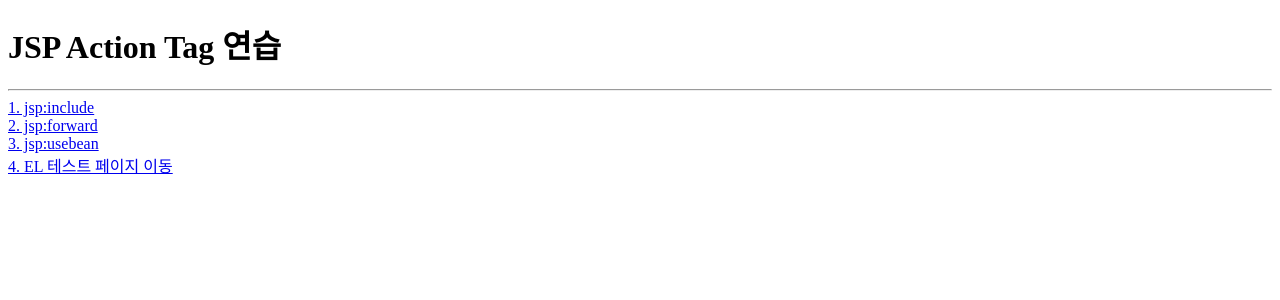
Repository: ajtwls1256/Web-workspace
Page: Day55-jspTag/WebContent/index.html
An editor plug-in stored every save of this project. The page is shown before and after the next save, followed by the edit.
The browser window is 1280 px wide. The pictures show the whole page.

Above is the page before, as saved 2019-10-14 03:00:42.

After the next save:
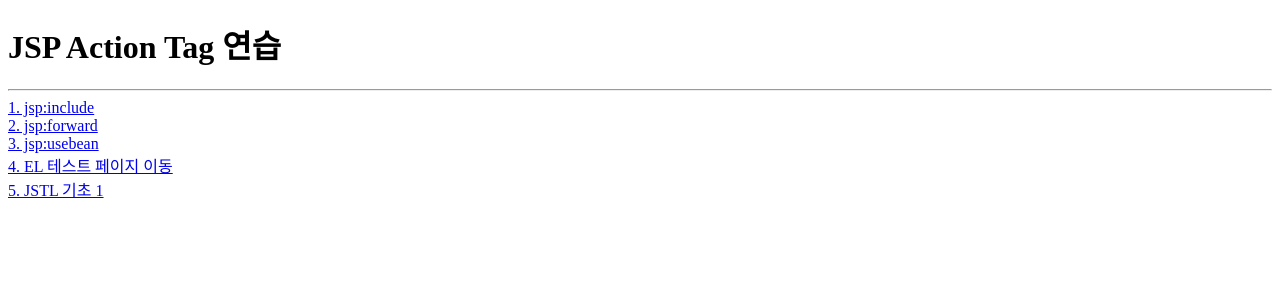
Saved 93 min 49 s later.
--- a/Day55-jspTag/WebContent/index.html
+++ b/Day55-jspTag/WebContent/index.html
@@ -16,5 +16,6 @@
 
 	<a href="/jsp/EL/jsp_EL.html">4. EL 테스트 페이지 이동</a><br>
 
+	<a href="/jsp/JSTL/jsp_JSTL_Basic1.jsp">5. JSTL 기초 1</a>
 </body>
 </html>
